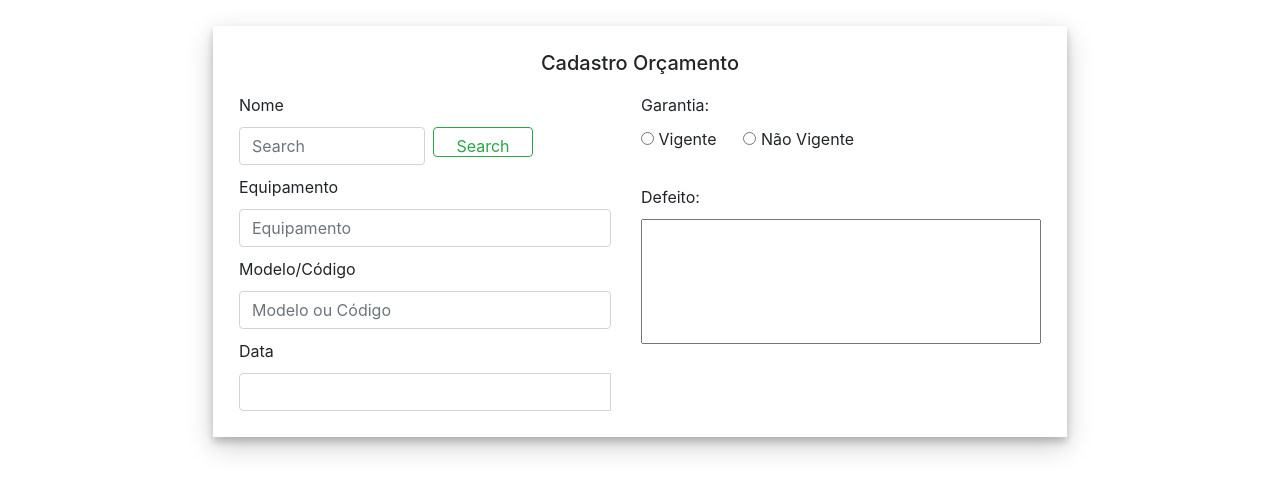
Repository: gabrielfeliphe/AssistenciaTecnica
Page: PI-AssistenciaTecnica/WebContent/pages/recepcao/funcao/cadastro_orcamento.html
These files come from the project's save history. The page is drawn as it stood at one moment and after the next save; the edit follows.
The browser window is 1280 px wide. The pictures show the whole page.
Some icons come from a web library that is not loaded, so they are not drawn. Some web libraries are served in a nearby version.

Above is the page before, as saved 2021-10-14 23:30:31.
Console error: TypeError: Cannot read properties of undefined (reading 'fn')

After the next save:
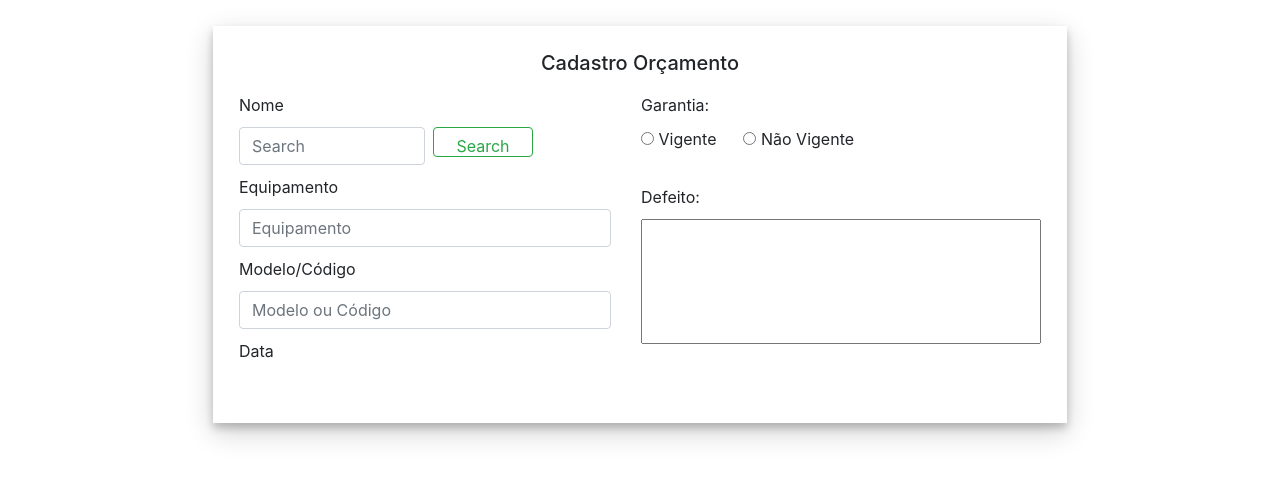
Saved 9 min 49 s later.
--- a/PI-AssistenciaTecnica/WebContent/pages/recepcao/funcao/cadastro_orcamento.html
+++ b/PI-AssistenciaTecnica/WebContent/pages/recepcao/funcao/cadastro_orcamento.html
@@ -32,12 +32,23 @@
 		 	 <label>Modelo/Código</label>
 		 	 <input type="text" class="form-control"  placeholder="Modelo ou Código">
 		 	 <label>Data</label>
-				 <div class="input-group date" data-provide="datepicker">
-		    	 <input type="text" class="form-control">
-		   		 <div class="input-group-addon">
-		        <span class="glyphicon glyphicon-th"></span>
-		   		 </div>
-				</div>
+				<div style="overflow:hidden;">
+   <div class="form-group">
+      <div class="row">
+         <div class="col-md-8">
+            <div id="datetimepicker12"></div>
+         </div>
+      </div>
+   </div>
+   <script type="text/javascript">
+      $(function () {
+          $('#datetimepicker12').datetimepicker({
+              inline: true,
+              sideBySide: true
+          });
+      });
+   </script>
+</div>
 			</div>
 			<div class="col-md">
 				<label>Garantia:</label>

After the save that followed:
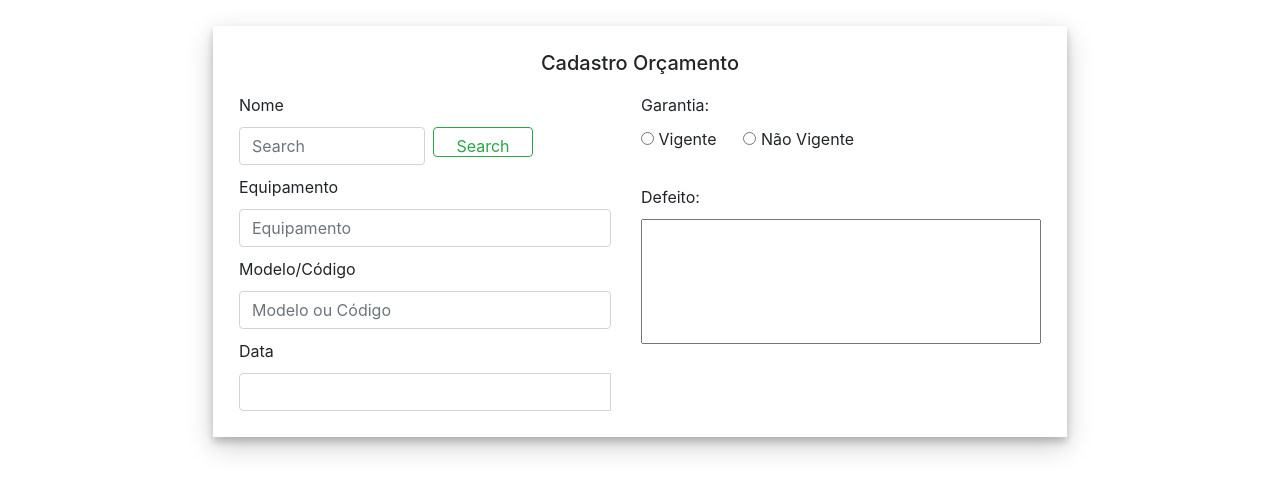
Saved 5 s later.
--- a/PI-AssistenciaTecnica/WebContent/pages/recepcao/funcao/cadastro_orcamento.html
+++ b/PI-AssistenciaTecnica/WebContent/pages/recepcao/funcao/cadastro_orcamento.html
@@ -32,23 +32,12 @@
 		 	 <label>Modelo/Código</label>
 		 	 <input type="text" class="form-control"  placeholder="Modelo ou Código">
 		 	 <label>Data</label>
-				<div style="overflow:hidden;">
-   <div class="form-group">
-      <div class="row">
-         <div class="col-md-8">
-            <div id="datetimepicker12"></div>
-         </div>
-      </div>
-   </div>
-   <script type="text/javascript">
-      $(function () {
-          $('#datetimepicker12').datetimepicker({
-              inline: true,
-              sideBySide: true
-          });
-      });
-   </script>
-</div>
+				 <div class="input-group date" data-provide="datepicker">
+		    	 <input type="text" class="form-control">
+		   		 <div class="input-group-addon">
+		        <span class="glyphicon glyphicon-th"></span>
+		   		 </div>
+				</div>
 			</div>
 			<div class="col-md">
 				<label>Garantia:</label>
